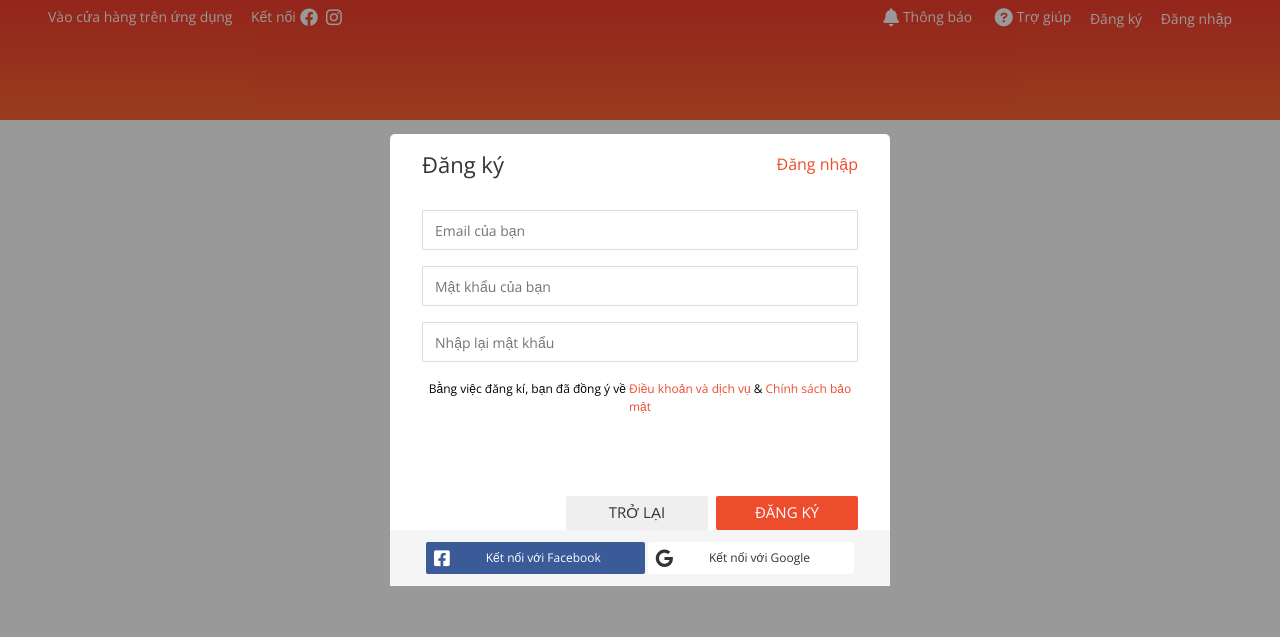
Repository: trongtamdev/Clone-Shopee-Page
Page: index.html
The author's editor kept a copy of each file at every save. The page is drawn from the files as they stood at one save, then again after the next save.
The browser window is 1280 px wide. The pictures show the whole page.

Above is the page before, as saved 2022-07-08 22:16:57.

After the next save:
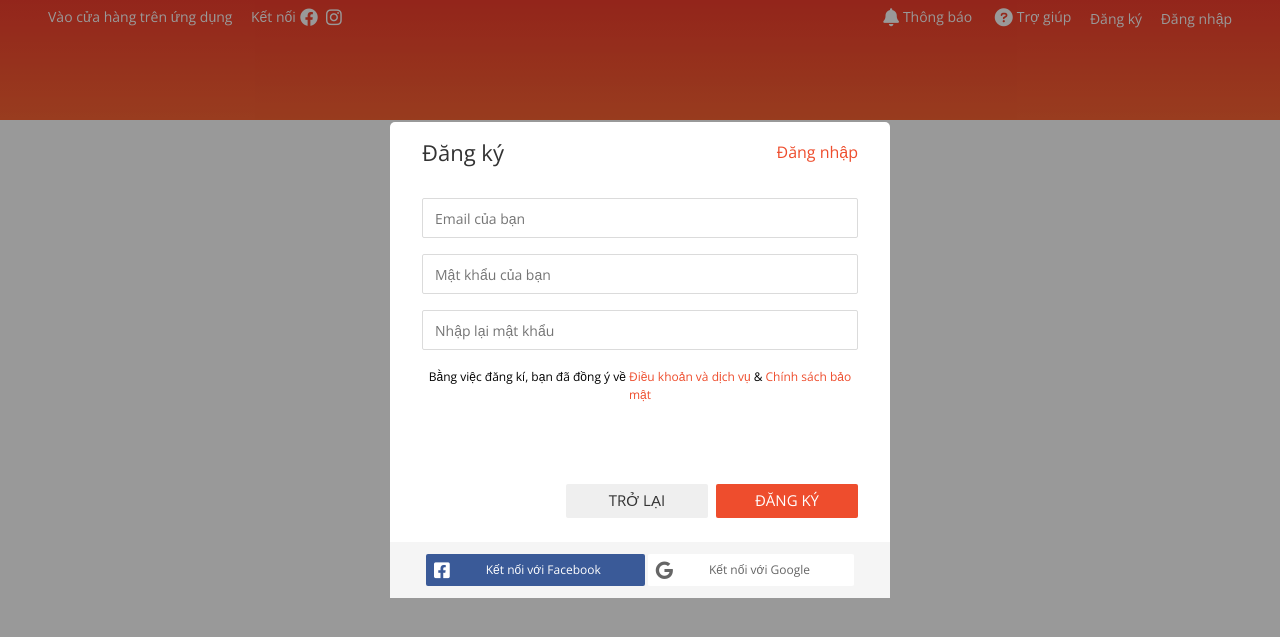
Saved 65 s later.
--- a/assets/css/main.css
+++ b/assets/css/main.css
@@ -193,6 +193,7 @@
     padding: 12px 36px;
     display: flex;
     justify-content: space-between;
+    margin-top: 24px;
 }
 
 .auth-form__socials-icon {
@@ -216,4 +217,5 @@
 
 .auth-form__socials--google {
     background-color: var(--white-color);
-}
+    color: #666;
+}
